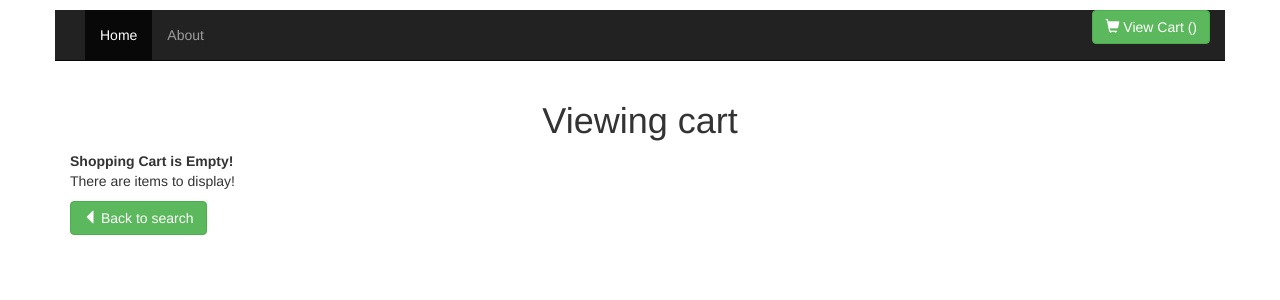
Repository: iancwwong/DigitalBibliographicalLibrary
Page: http://localhost/DigitalBibliographicLibrary/cartpage.jsp
The author's editor kept a copy of each file at every save. The page is drawn from the files as they stood at one save, then again after the next save.
The browser window is 1280 px wide. The pictures show the whole page.
The page is served by Tomcat 9. The template is opened directly, without the code that normally fills it, so the values that code supplies are empty.

Above is the page before, as saved 2016-08-27 16:05:01.

After the next save:
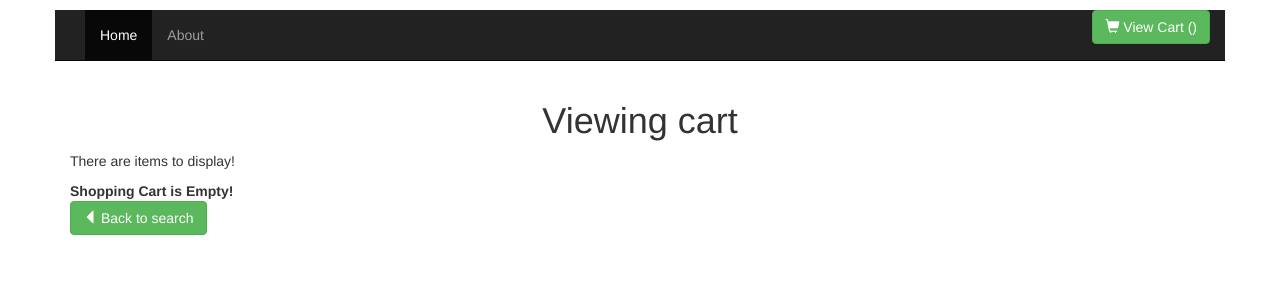
Saved 13 s later.
--- a/DigitalBibliographicLibrary/WebContent/cartpage.jsp
+++ b/DigitalBibliographicLibrary/WebContent/cartpage.jsp
@@ -35,11 +35,11 @@
 		<!--  Check if cart is empty -->
 		<c:choose>
 			<c:when test="${cartPageBean.cart.numItems > 0}">
-				<strong>Shopping Cart is Empty!</strong>
+				<p>There are ${cartPageBean.cart.numItems} items to display!</p>
 			</c:when>
 
 			<c:otherwise>
-				<p>There are ${cartPageBean.cart.numItems} items to display!</p>
+				<strong>Shopping Cart is Empty!</strong>
 			</c:otherwise>
 		</c:choose>
 
